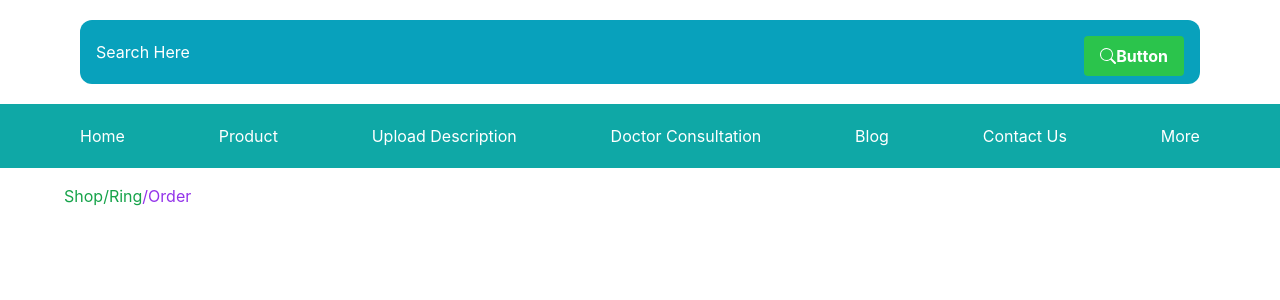
Repository: arafatmollah/form-pharma
Page: /
These files come from the project's save history. The page is drawn as it stood at one moment and after a run of saves; the edit follows.
The browser window is 1280 px wide. The pictures show the whole page.
The project was rebuilt for these pictures with package versions that can differ from the ones it lists, and the page was loaded fresh each time.

Above is the page before, as saved 2023-03-14 23:38:29.

After the next 6 saves:
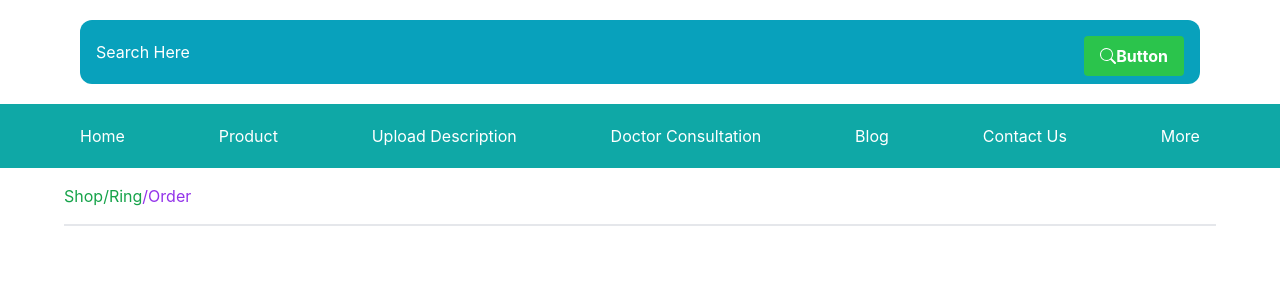
The 6 saves are shown as one change because they came seconds apart.
The last was saved 28 s later.
--- a/src/Form.js
+++ b/src/Form.js
@@ -9,7 +9,7 @@ function form() {
                 <p className='text-green-600'> /Ring</p>
                 <p className='text-purple-600'>/Order</p>
             </div>
-            <div>
+            <div className='border'>
 
             </div>
         </div>
